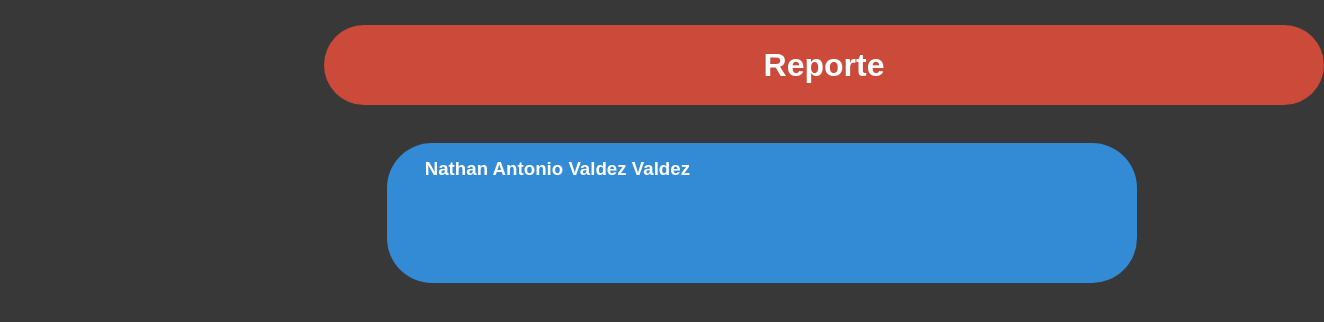
Repository: nathanvdev/LFP_PR_202001568
Page: plantilla.html
The author's editor kept a copy of each file at every save. The page is drawn from the files as they stood at one save, then again after the next save.
The browser window is 1280 px wide. The page is 1324 px wide, so the pictures cover 1324 px, including what lies to the right of the window. The pictures show the whole page.

Above is the page before, as saved 2022-02-19 18:52:31.

After the next save:
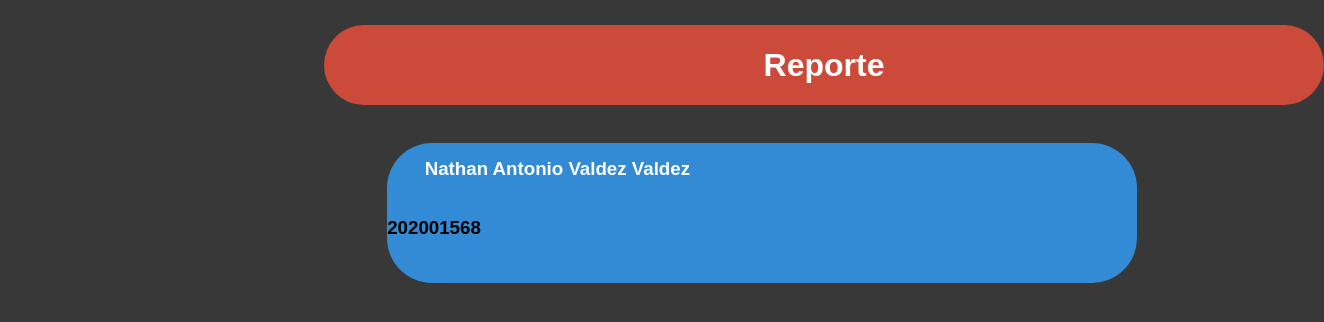
Saved 28 s later.
--- a/plantilla.html
+++ b/plantilla.html
@@ -42,6 +42,9 @@
         padding-top: 15px; margin: 5%;">
             Nathan Antonio Valdez Valdez
         </h3>
+        <h3>
+            202001568
+        </h3>
     </div>
 </body>
 </html>
